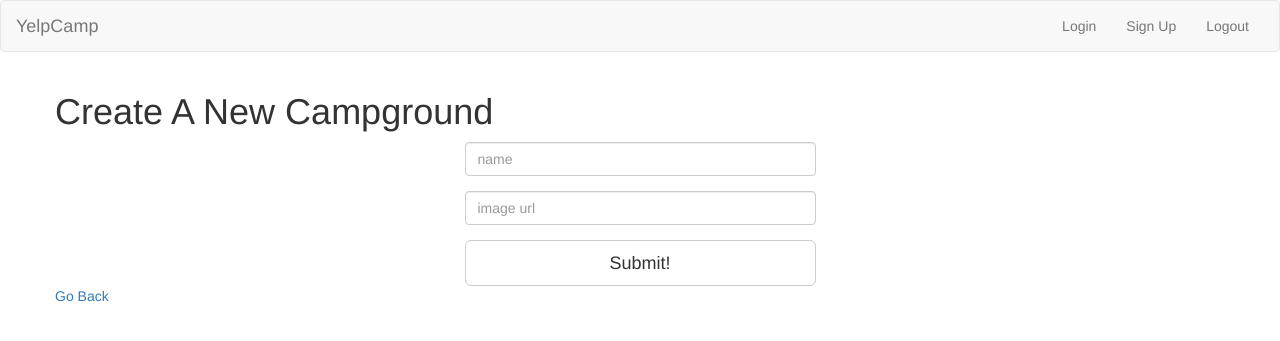
Repository: demioke/web-development-bootcamp
Page: http://localhost/campgrounds/new
The author's editor kept a record of every edit. The page is drawn from the files as they stood at one moment, then again after the next edit.
The browser window is 1280 px wide. The pictures show the whole page.
The page is served by the project's Node server (YelpCamp/v1/app.js).

Above is the page before.

### YelpCamp/v1/views/new.ejs
<% include partials/header %>

<div class="container">
    <div class="row">
        <h1>Create A New Campground</h1>
        <div style="width: 30%; margin: 0 auto;">
            <form action="/campgrounds" method="POST">
                <div class="form-group">
                    <input class="form-control" type="text" name="name" placeholder="name">
                </div>
                <div class="form-group">
                    <input class="form-control" type="text" name="image" placeholder="image url">
                </div>
                <div class="form-group">

                </div>


                <button class="btn btn-lg btn-default btn-block">Submit!</button>
            </form>
        </div>

        <a href="/campgrounds">Go Back</a>
    </div>
</div>


<% include partials/footer %>

### YelpCamp/v1/views/partials/header.ejs
<!DOCTYPE html>
<html>
    <head>
        <title>YelpCamp</title>
        <link rel="stylesheet" href="https://stackpath.bootstrapcdn.com/bootstrap/3.3.5/css/bootstrap.min.css">
    </head>
    <body>

    <nav class="navbar navbar-default">
        <div class="container-fluid">
            <div class="navbar-header">
                <a class="navbar-brand" href="/">YelpCamp</a>
            </div>
            <div class="collapse navbar-collapse">
                <ul class="nav navbar-nav navbar-right">
                    <li><a href="/">Login</a></li>
                    <li><a href="/">Sign Up</a></li>
                    <li><a href="/">Logout</a></li>
                </ul>
            </div>
        </div>
    </nav>

### YelpCamp/v1/views/partials/footer.ejs
     </body>
</html>

### YelpCamp/v1/app.js
var express = require("express");
var app = express();
var bodyParser = require("body-parser");

app.use(bodyParser.urlencoded({extended: true}));
app.set("view engine", "ejs");

var campgrounds = [
        {name: "Salmon Creek", image:"https://farm9.staticflickr.com/8041/7930201874_6c17ed670a.jpg"},
        {name: "Granite Hill", image:"https://farm8.staticflickr.com/7205/7121863467_eb0aa64193.jpg"},
        {name: "Mountain Goat's Rest", image:"https://pixabay.com/get/e83db50929f0033ed1584d05fb1d4e97e07ee3d21cac104497f9c67eafe4b1be_340.jpg"}
];

app.get("/", function(req, res) {
    res.render("landing");
});

app.get("/campgrounds", function(req, res) {
    res.render("campgrounds", {campgrounds: campgrounds});
});

app.post("/campgrounds", function(req, res) {
    //get data from form and add to campgrounds array
    var name = req.body.name;  //body-parser allows us to obtain the body req as an object. ".name" is the name attr in form on new.ejs
    var image = req.body.image;
    var newCampground = {name: name, image: image}; //creating new campground object
    campgrounds.push(newCampground); //adding new campground to campgrounds array
    //redirect back to campgrounds page
    res.redirect("/campgrounds"); //redirects as get request
});

app.get("/campgrounds/new", function(req, res) {
    res.render("new.ejs"); //form for adding new campgrounds
});




app.listen(process.env.PORT, process.env.IP, function() {
    console.log("The YelpCamp Server has started");
});

After the next edit:
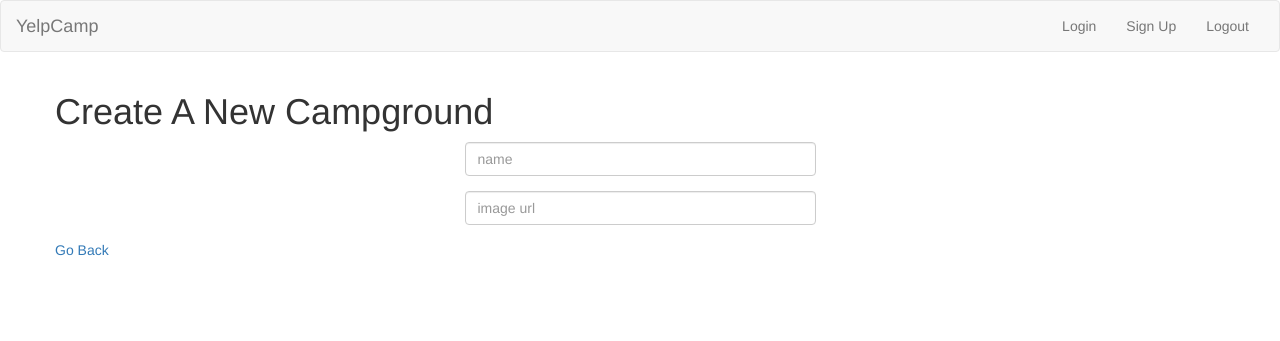
The edit:
--- a/YelpCamp/v1/views/new.ejs
+++ b/YelpCamp/v1/views/new.ejs
@@ -16,7 +16,7 @@
                 </div>
 
 
-                <button class="btn btn-lg btn-default btn-block">Submit!</button>
+
             </form>
         </div>
 
